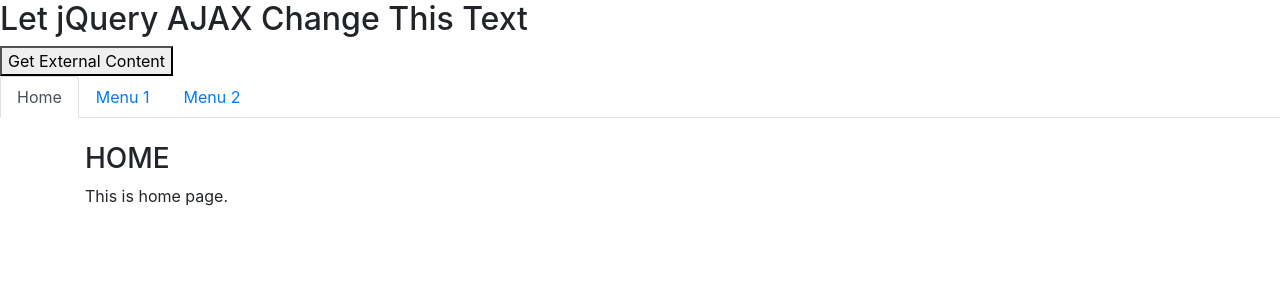
Repository: mindcafe/LiveDataDisplayFrontend
Page: LatestWorkspace/AlMark/WebContent/index2.html
An editor plug-in stored every save of this project. The page is shown before and after the next save, followed by the edit.
The browser window is 1280 px wide. The pictures show the whole page.

Above is the page before, as saved 2018-07-01 00:03:08.

### LatestWorkspace/AlMark/WebContent/index2.html
<!DOCTYPE html PUBLIC "-//W3C//DTD HTML 4.01 Transitional//EN" "http://www.w3.org/TR/html4/loose.dtd">
<html>
<head>
<meta http-equiv="Content-Type" content="text/html; charset=ISO-8859-1">
<title>ALMark</title>
<meta name="viewport" content="width=device-width, initial-scale=1">
  <link rel="stylesheet" href="libraries/bootstrap.min.css">
<!--   <script src="libraries/jquery-3.3.1.min.js"></script>
 -->
 <script src="https://ajax.googleapis.com/ajax/libs/jquery/3.3.1/jquery.min.js"></script>
   <script src="libraries/jquery-3.3.1.min.map"></script>
  <script src="libraries/bootstrap.bundle.min.js"></script>

  <script>
$(document).ready(function(){
    $("button").click(function(){
        $.ajax({url: 'xml/witsmlData_1sec.xml',
        	dataType: 'xml', success: function(result){
           	console.log('1');
        	$("#div1").html(result);

        }});
    });
});
</script>

 </head>
<body>

<div id="div1"><h2>Let jQuery AJAX Change This Text</h2></div>

<button>Get External Content</button>

  <!-- Tab panes -->
<ul class="nav nav-tabs" role="tablist">
	<li class="nav-item">
      <a class="nav-link active" data-toggle="tab" href="#home">Home</a>
    </li>

	<li class="nav-item">
      <a class="nav-link " data-toggle="tab" href="#menu1">Menu 1</a>
    </li>
    <li class="nav-item">
      <a class="nav-link" data-toggle="tab" href="#menu2">Menu 2</a>
    </li>
  </ul>

  <!-- Tab panes -->
  <div class="tab-content">

  	<div id="menu1" class="container tab-pane"><br>
      <h3>Menu 1</h3>
      <p>This is Menu 1.</p>
    </div>
    <div id="home" class="container tab-pane active"><br>
      <h3>HOME</h3>
      <p>This is home page.<br>
      	<!-- <a target="_blank" href="https://66cfdaeb-3982-4599-af5a-03db28e5741d.mock.pstmn.io/witsLogData">Click for W3school Help</a> -->
      	<!-- <a href="https://66cfdaeb-3982-4599-af5a-03db28e5741d.mock.pstmn.io/witsLogData">Click for W3school Help</a> -->

      </p>
    </div>

    <div id="menu2" class="container tab-pane "><br>
      <h3>Menu 2</h3>
      <p>This is in Menu 2 page</p>
    </div>
  </div>
</div>
</body>
</html>

Loaded but not shown: LatestWorkspace/AlMark/WebContent/libraries/bootstrap.min.css (library); LatestWorkspace/AlMark/WebContent/libraries/bootstrap.bundle.min.js (library)

After the next save:
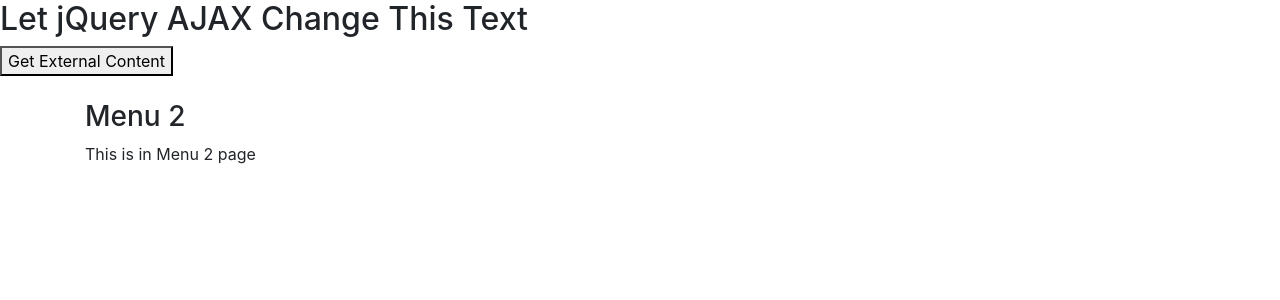
Saved 5 min 20 s later.
--- a/LatestWorkspace/AlMark/WebContent/index2.html
+++ b/LatestWorkspace/AlMark/WebContent/index2.html
@@ -31,35 +31,7 @@
 
 <button>Get External Content</button>
 
-  <!-- Tab panes -->
-<ul class="nav nav-tabs" role="tablist">
-	<li class="nav-item">
-      <a class="nav-link active" data-toggle="tab" href="#home">Home</a>
-    </li>
-
-	<li class="nav-item">
-      <a class="nav-link " data-toggle="tab" href="#menu1">Menu 1</a>
-    </li>
-    <li class="nav-item">
-      <a class="nav-link" data-toggle="tab" href="#menu2">Menu 2</a>
-    </li>
-  </ul>
-
-  <!-- Tab panes -->
-  <div class="tab-content">
-
-  	<div id="menu1" class="container tab-pane"><br>
-      <h3>Menu 1</h3>
-      <p>This is Menu 1.</p>
-    </div>
-    <div id="home" class="container tab-pane active"><br>
-      <h3>HOME</h3>
-      <p>This is home page.<br>
-      	<!-- <a target="_blank" href="https://66cfdaeb-3982-4599-af5a-03db28e5741d.mock.pstmn.io/witsLogData">Click for W3school Help</a> -->
-      	<!-- <a href="https://66cfdaeb-3982-4599-af5a-03db28e5741d.mock.pstmn.io/witsLogData">Click for W3school Help</a> -->
-
-      </p>
-    </div>
+     </div>
 
     <div id="menu2" class="container tab-pane "><br>
       <h3>Menu 2</h3>
